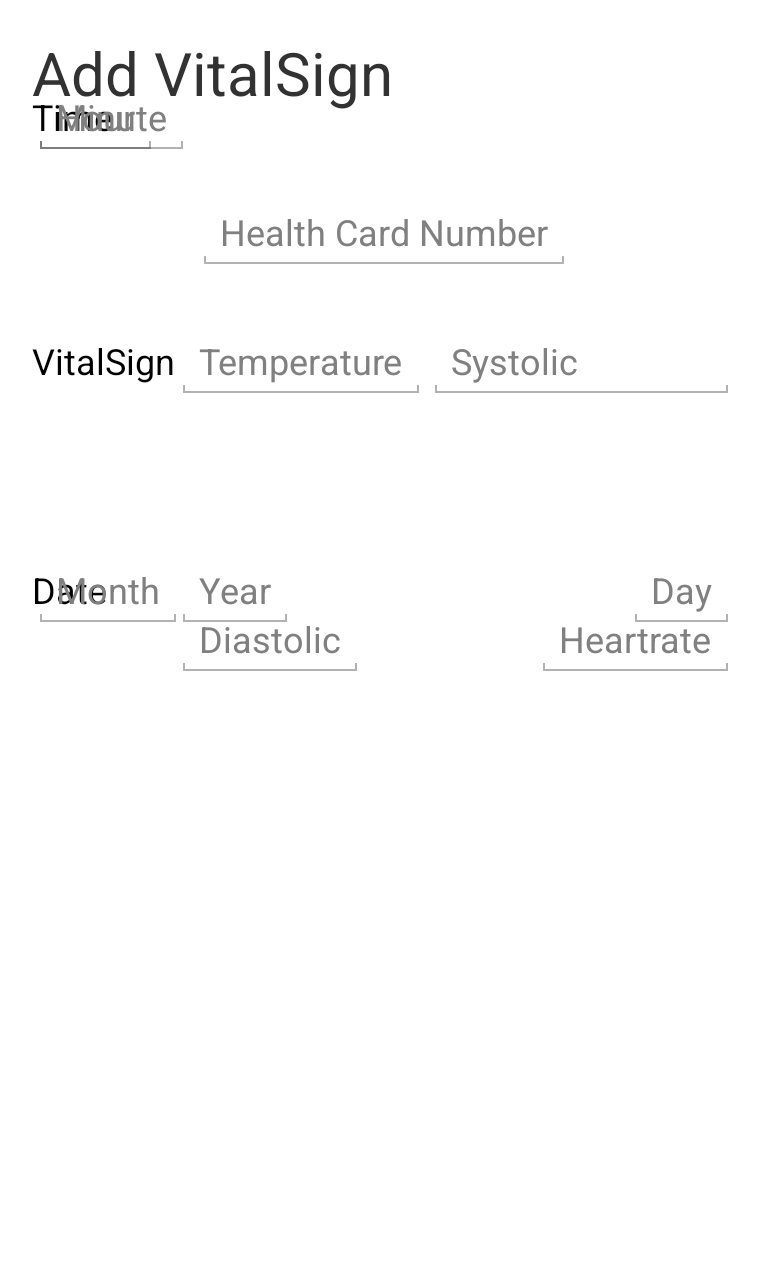
Repository: wangyuan0915/ER
Layout: workspace2/phase3/res/layout/activity_add_vital_sign.xml
These files come from the project's save history. The layout is drawn as it stood at one moment and after the next save; the edit follows.
It is drawn on a 768 x 1280 px phone screen (xhdpi) without system bars, with theme AppTheme; the app's code is not run.

Above is the layout before, as saved 2013-11-24 06:36:14.

After the next save:
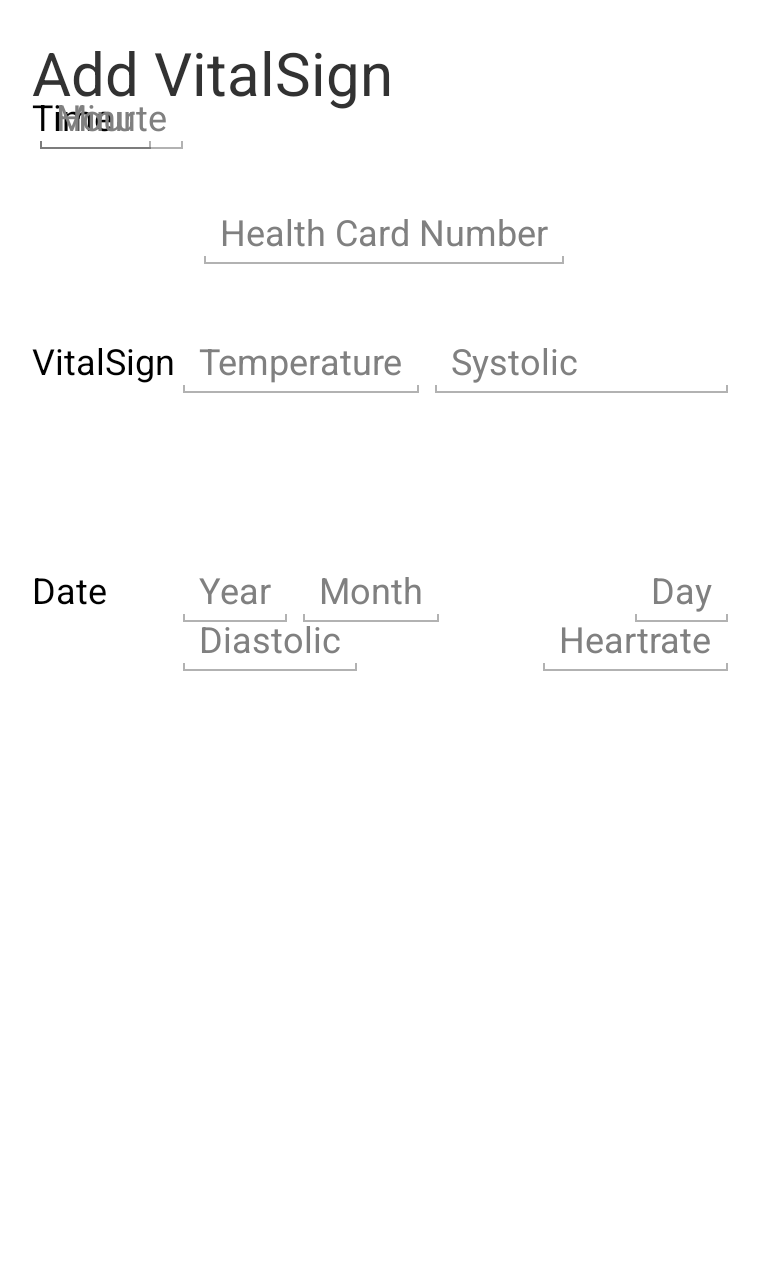
Saved 38 s later.
--- a/workspace2/phase3/res/layout/activity_add_vital_sign.xml
+++ b/workspace2/phase3/res/layout/activity_add_vital_sign.xml
@@ -104,16 +104,6 @@
         android:hint="@string/Year"
         android:textAppearance="?android:attr/textAppearanceMedium" />
 
-    <EditText
-        android:id="@+id/currentmonth"
-        android:layout_width="wrap_content"
-        android:layout_height="wrap_content"
-        android:layout_alignBaseline="@+id/currentdate"
-        android:layout_alignBottom="@+id/currentdate"
-        android:inputType="number"
-        android:hint="@string/Month"
-        android:textAppearance="?android:attr/textAppearanceMedium" />
-
 
 
 
@@ -160,4 +150,17 @@
         android:hint="@string/Minute"
         android:textAppearance="?android:attr/textAppearanceMedium" />
 
+    <EditText
+        android:id="@+id/currentmonth"
+        android:layout_width="wrap_content"
+        android:layout_height="wrap_content"
+        android:layout_alignBaseline="@+id/currentyear"
+        android:layout_alignBottom="@+id/currentyear"
+        android:layout_toRightOf="@+id/currentyear"
+        android:hint="@string/Month"
+        android:inputType="number"
+        android:textAppearance="?android:attr/textAppearanceMedium" >
+
+    </EditText>
+
 </RelativeLayout>

After the save that followed:
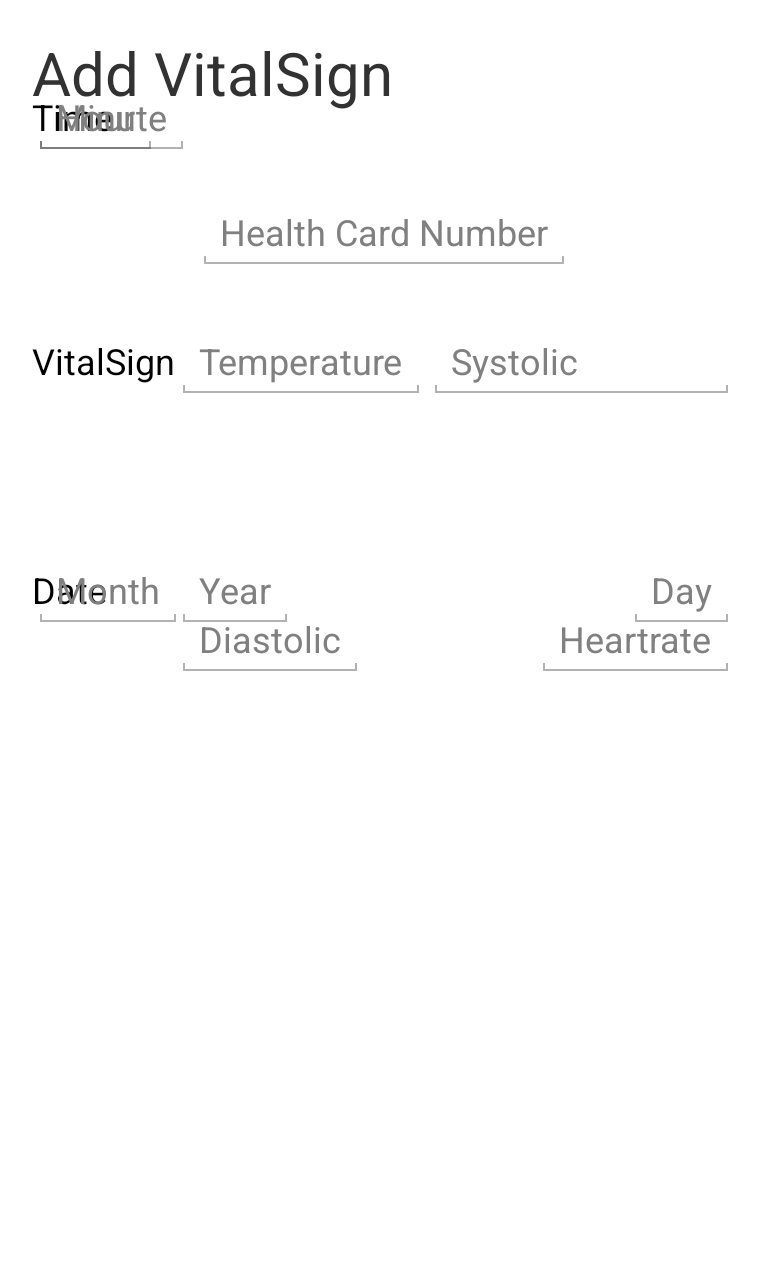
Saved 83 s later.
--- a/workspace2/phase3/res/layout/activity_add_vital_sign.xml
+++ b/workspace2/phase3/res/layout/activity_add_vital_sign.xml
@@ -104,6 +104,17 @@
         android:hint="@string/Year"
         android:textAppearance="?android:attr/textAppearanceMedium" />
 
+    <EditText
+        android:id="@+id/currentmonth"
+        android:layout_width="wrap_content"
+        android:layout_height="wrap_content"
+        android:layout_alignBaseline="@+id/currentdate"
+        android:layout_alignBottom="@+id/currentdate"
+        android:layout_alignRight="100dp"
+        android:inputType="number"
+        android:hint="@string/Month"
+        android:textAppearance="?android:attr/textAppearanceMedium" />
+
 
 
 
@@ -150,17 +161,4 @@
         android:hint="@string/Minute"
         android:textAppearance="?android:attr/textAppearanceMedium" />
 
-    <EditText
-        android:id="@+id/currentmonth"
-        android:layout_width="wrap_content"
-        android:layout_height="wrap_content"
-        android:layout_alignBaseline="@+id/currentyear"
-        android:layout_alignBottom="@+id/currentyear"
-        android:layout_toRightOf="@+id/currentyear"
-        android:hint="@string/Month"
-        android:inputType="number"
-        android:textAppearance="?android:attr/textAppearanceMedium" >
-
-    </EditText>
-
 </RelativeLayout>
